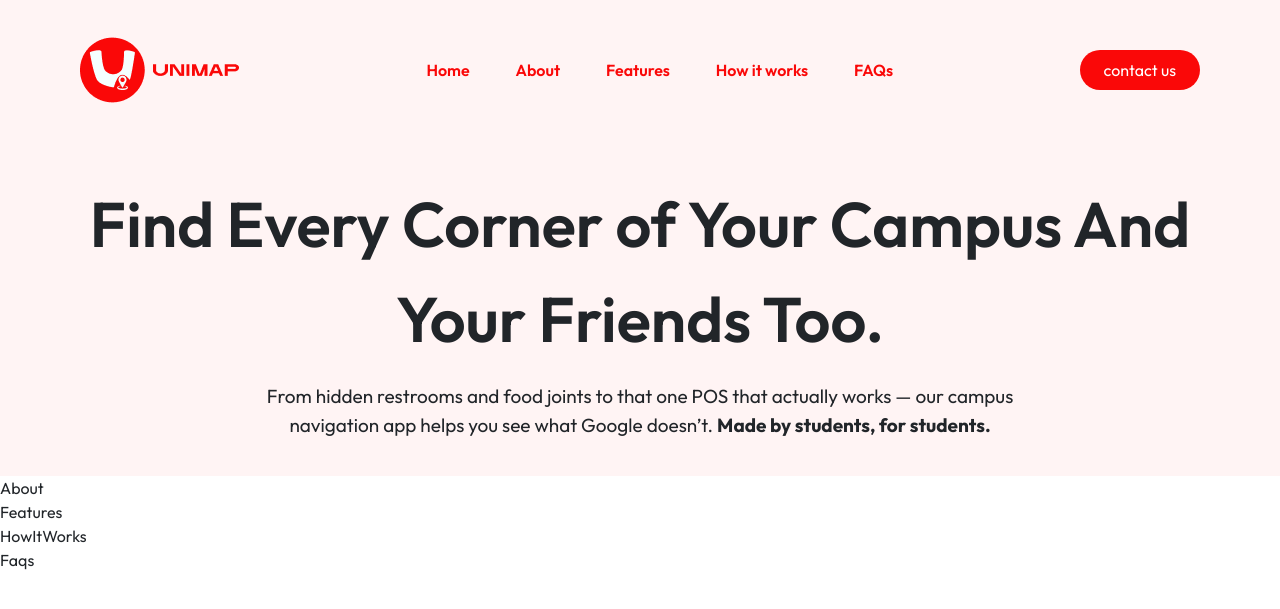
Repository: SahMenz/MUM-website
Page: /
The author's editor kept a copy of each file at every save. The page is drawn from the files as they stood at one save, then again after the next save.
The browser window is 1280 px wide. The pictures show the whole page.
The project was rebuilt for these pictures with package versions that can differ from the ones it lists, and the page was loaded fresh each time. Also part of the build but not shown: vite.config.js.

Above is the page before, as saved 2025-08-28 01:16:38.

### index.html
<!DOCTYPE html>
<html lang="en">
  <head>
    <meta charset="UTF-8" />
    <link rel="icon" type="image/svg+xml" href="/vite.svg" />
    <link rel="preconnect" href="https://fonts.googleapis.com" />
    <link rel="preconnect" href="https://fonts.gstatic.com" crossorigin />
    <link
      href="https://fonts.googleapis.com/css2?family=Outfit:wght@100..900&display=swap"
      rel="stylesheet"
    />
    <link
      rel="stylesheet"
      href="https://cdn.jsdelivr.net/npm/bootstrap@5.3.5/dist/css/bootstrap.min.css"
      integrity="sha384-SgOJa3DmI69IUzQ2PVdRZhwQ+dy64/BUtbMJw1MZ8t5HZApcHrRKUc4W0kG879m7"
      crossorigin="anonymous"
    />
    <meta name="viewport" content="width=device-width, initial-scale=1.0" />
    <title>MUM</title>
  </head>
  <body>
    <div id="root"></div>
    <script type="module" src="/src/main.jsx"></script>
  </body>
</html>

### src/index.css
*,
*::after,
*::before {
  box-sizing: border-box;
  margin: 0px;
  padding: 0px;
  font-family: "Outfit", sans-serif;
}
button {
  border: none;
}

### src/App.jsx
import { HashRouter, Route, Routes } from "react-router-dom";
import "./App.css";
import ScrollToTop from "./components/scroll/ScrollToTop";
import Home from "./components/home/home";

function App() {
  return (
    <div>
      <HashRouter>
        <ScrollToTop />
        <Routes>
          <Route path="/" element={<Home />} />
        </Routes>
      </HashRouter>
    </div>
  );
}

export default App;

### src/App.css
/* BACKGROUND */
.bg-ff4 {
  background-color: #fff4f4;
}
.bg-ff {
  background-color: #ffffff;
}
.bg-00 {
  background-color: #000000;
}
.bg-fa {
  background-color: #fa0808;
}
.bg-e4 {
  background-color: #e4e4e4;
}
.bg-d3 {
  background-color: #d3d3d3;
}
.bg-ffd {
  background-color: #ffdede;
}
.bg-trans {
  background-color: transparent;
}

/* TEXT COLOR */
.txt-00 {
  color: #000000;
}
.txt-ff {
  color: #ffffff;
}
.txt-f8 {
  color: #f8edd9;
}
.txt-f5 {
  color: #f5ffff;
}
.txt-14 {
  color: #141416;
}
.txt-73 {
  color: #737373;
}

/* FONT WEIGHT */
.fw-100{
  font-weight:100;
}
.fw-200{
  font-weight:200;
}
.fw-300{
  font-weight:300 ;
}
.fw-400{
  font-weight: 400;
}
.fw-500{
  font: weight 500;
}
.fw-600{
  font-weight:600;
}
.fw-700{
  font-weight: 700;
}
.fw-800{
  font-weight: 800;
}
.fw-900{
  font-weight: 900;
}


/* FONT SIZE */
.fs-48 {
  font-size: 26px;
}
.fs-19 {
  font-size: 11px;
}
.fs-13 {
  font-size: 8px;
}
.fs-16 {
  font-size: 9px;
}
.fs-23 {
  font-size: 12px;
}
.fs-25 {
  font-size: 17px;
}
.fs-45 {
  font-size: 22px;
}
.fs-32 {
  font-size: 10px;
}
.fs-11 {
  font-size: 8px;
}
.fs-72 {
  font-size: 26px;
}
.fs-83{
  font-size: 28px;
}
.fs-56{
  font-size: 18px;
}
.fs-63{
  font-size: 22px;
}
@media (min-width: 768px) {
  .fs-48 {
    font-size: 48px;
  }
  .fs-19 {
    font-size: 19px;
  }
  .fs-13 {
    font-size: 13px;
  }
  .fs-16 {
    font-size: 16px;
  }
  .fs-23 {
    font-size: 23px;
  }
  .fs-25 {
    font-size: 25px;
  }
  .fs-43 {
    font-size: 43px;
  }
  .fs-32 {
    font-size: 32px;
  }
  .fs-11 {
    font-size: 11px;
  }
  .fs-72 {
    font-size: 72px;
  }
  .fs-63 {
    font-size: 63px;
  }
  .fs-83{
    font-size: 83px;
  }
  .fs-56{
    font-size: 56px;
  }
}



/* EXTRA */

.alignSelfCenter{
  align-self: center;
}
.alignSelfStart{
  align-self: start;
}
.alignSelfEnd{
  align-self: end;
}
.spacing-50 {
  padding: 37px 80px;
}
@media (max-width: 768px) {
  .spacing-50 {
    padding: 25px 20px;
  }
}

### src/components/scroll/ScrollToTop.jsx
import { useEffect } from "react";
import { useLocation } from "react-router-dom";


export default function ScrollToTop({ evtToChange }){

    const pathname = useLocation().pathname

    useEffect(() => {
        window.scrollTo(0, 0)
    }, [pathname, evtToChange])

    return <div />
}

### src/components/home/home.jsx
import { useRef } from "react";
import About from "../about/about";
import Hero from "../hero/hero";
import Features from "../features/features";
import HowItWorks from "../howItWorks/howItWorks";
import Faqs from "../faqs/faqs";
import Navigation from "../navigation/navigation";

function Home() {
  const refHome = useRef(null);
  const refAbout = useRef(null);
  const refFeatures = useRef(null);
  const refHowItWork = useRef(null);
  const refFaqs = useRef(null);

  const handleHomeClick = () => {
    if (refHome.current) {
      refHome.current.scrollIntoView();
    }
  };
  const handleAboutClick = () => {
    if (refAbout.current) {
      refAbout.current.scrollIntoView();
    }
  };
  const handleFeaturesClick = () => {
    if (refFeatures.current) {
      refFeatures.current.scrollIntoView();
    }
  };
  const handleHowItWorkClick = () => {
    if (refHowItWork.current) {
      refHowItWork.current.scrollIntoView();
    }
  };
  const handleFaqsClick = () => {
    if (refFaqs.current) {
      refFaqs.current.scrollIntoView();
    }
  };

  return (
    <div className="">
      <Navigation
        onHomeClick={handleHomeClick}
        onAboutClick={handleAboutClick}
        onFeaturesClick={handleFeaturesClick}
        onHowItWorkClick={handleHowItWorkClick}
        onFaqsClick={handleFaqsClick}
      />
      <div ref={refHome}>
        <Hero />
      </div>
      <div ref={refAbout}>
        <About />
      </div>
      <div ref={refFeatures}>
        <Features />
      </div>
      <div ref={refHowItWork}>
        <HowItWorks />
      </div>
      <div ref={refFaqs}>
        <Faqs />
      </div>
    </div>
  );
}

export default Home;

### src/components/hero/hero.jsx
import React from 'react'

function Hero() {
  return (
    <div className='bg-ff4 spacing-50 d-flex align-items-center flex-column justify-content-center text-center'>
      <div className='fs-63 fw-600'>Find Every Corner of Your Campus And Your Friends Too.</div>
      <div className='fw-400 fs-19 col-8 mt-3'>From hidden restrooms and food joints to that one POS that actually works — our campus navigation app helps you see what Google doesn’t. <b>Made by students, for students.</b></div>
      <div></div>
      <div></div>
    </div>
  )
}

export default Hero

### src/components/howItWorks/howItWorks.jsx
import React from 'react'

function HowItWorks() {
  return (
    <div>HowItWorks</div>
  )
}

export default HowItWorks

### src/components/faqs/faqs.jsx
import React from 'react'

function Faqs() {
  return (
    <div>Faqs</div>
  )
}

export default Faqs

### src/components/navigation/navigation.jsx
import { Link } from "react-router-dom";
import logoAndName from "../../assets/images/logoAndName.png";
import { useState } from "react";
import Offcanvas from "react-bootstrap/Offcanvas";
import { NavLink } from "react-router-dom";

function Navigation({
  onAboutClick,
  onFeaturesClick,
  onHowItWorkClick,
  onFaqsClick,
}) {
  const [show, setShow] = useState(false);

  const handleShow = () => setShow(true);
  const handleClose = () => setShow(false);

  return (
    <div className="spacing-50 bg-ff4 ">
      <div className="d-flex justify-content-between align-items-center">
        <img src={logoAndName} />
        <div className="d-flex align-items-center col-5 justify-content-between d-lg-flex d-none">
          <NavLink
            to="/"
            style={({ isActive }) => ({
              color: isActive ? "#FA0808" : "#737373",
            })}
            className="text-decoration-none txt-73 fw-600 fs-16"
          >
            Home
          </NavLink>
          <NavLink
            onClick={onAboutClick}
            style={({ isActive }) => ({
              color: isActive ? "#FA0808" : "#737373",
            })}
            className="text-decoration-none txt-73 fw-600 fs-16"
          >
            About
          </NavLink>
          <NavLink
            onClick={onFeaturesClick}
            style={({ isActive }) => ({
              color: isActive ? "#FA0808" : "#737373",
            })}
            className="text-decoration-none txt-73 fw-600 fs-16"
          >
            Features
          </NavLink>
          <NavLink
            onClick={onHowItWorkClick}
            style={({ isActive }) => ({
              color: isActive ? "#FA0808" : "#737373",
            })}
            className="text-decoration-none txt-73 fw-600 fs-16"
          >
            How it works
          </NavLink>
          <NavLink
            onClick={onFaqsClick}
            style={({ isActive }) => ({
              color: isActive ? "#FA0808" : "#737373",
            })}
            className="text-decoration-none txt-73 fw-600 fs-16"
          >
            FAQs
          </NavLink>
        </div>
        <button
          className="d-none d-lg-block px-4 py-2 bg-fa txt-ff"
          style={{ borderRadius: "30px" }}
        >
          contact us
        </button>
      </div>
      {/* </div> */}
      <div
        onClick={handleShow}
        className=" d-lg-none"
        style={{
          cursor: "pointer",
          width: "40px",
          height: "40px",
          display: "flex",
          flexDirection: "column",
          alignItems: "center",
          justifyContent: "center",
          gap: "5px",
        }}
      >
        <div
          style={{ width: "30px", height: "3px", backgroundColor: "black" }}
        ></div>
        <div
          style={{ width: "30px", height: "3px", backgroundColor: "black" }}
        ></div>
        <div
          style={{ width: "30px", height: "3px", backgroundColor: "black" }}
        ></div>
      </div>
      <Offcanvas
        show={show}
        onHide={handleClose}
        placement="end"
        className=""
        style={{ backgroundColor: "#737373" }}
      >
        <Offcanvas.Header closeButton></Offcanvas.Header>
        <Offcanvas.Body>
          <div
            style={{ borderRadius: "20px" }}
            className="bg-ff pt-4 d-flex flex-column d-lg-flex justify-content-center align-items-center"
          >
            <div
              className="d-flex flex-column mb-5 justify-content-between align-items-center"
              style={{ height: "200px" }}
            >
              <NavLink
                to="/"
                style={({ isActive }) => ({
                  color: isActive ? "#FA0808" : "#737373",
                })}
                className="hovering txt-16 lh-19 fw-600 text-decoration-none txt-f3"
                end
              >
                Home
              </NavLink>
              <NavLink
                onClick={onAboutClick}
                style={({ isActive }) => ({
                  color: isActive ? "#FA0808" : "#737373",
                })}
                className="hovering txt-16 lh-19 fw-600 text-decoration-none txt-f3"
                end
              >
                About
              </NavLink>
              <NavLink
                onClick={onFeaturesClick}
                style={({ isActive }) => ({
                  color: isActive ? "#FA0808" : "#737373",
                })}
                className="hovering txt-16 lh-19 fw-600 text-decoration-none txt-f3"
                end
              >
                Features
              </NavLink>
              <NavLink
                onClick={onHowItWorkClick}
                style={({ isActive }) => ({
                  color: isActive ? "#FA0808" : "#737373",
                })}
                className="hovering txt-16 lh-19 fw-600 text-decoration-none txt-f3"
                end
              >
                How it works
              </NavLink>

              <NavLink
                onClick={onFaqsClick}
                style={({ isActive }) => ({
                  color: isActive ? "#FA0808" : "#737373",
                })}
                className="hovering txt-16 lh-19 fw-600 text-decoration-none txt-f3"
                end
              >
                FAQs
              </NavLink>
              <button
                className="px-4 py-2 bg-fa txt-ff"
                style={{ borderRadius: "30px" }}
              >
                contact us
              </button>
            </div>
          </div>
        </Offcanvas.Body>
      </Offcanvas>
    </div>
  );
}

export default Navigation;

Loaded but not shown: src/main.jsx (common file); src/components/about/about.jsx (common file); src/components/features/features.jsx (common file)

After the next save:
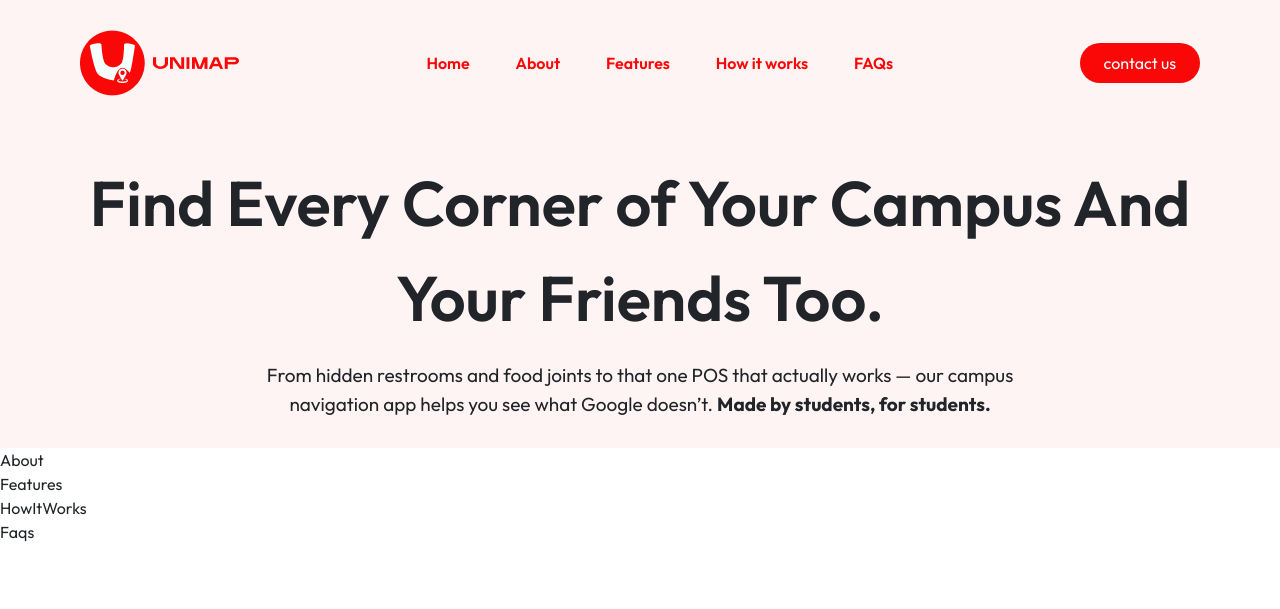
Saved 14 s later.
--- a/src/App.css
+++ b/src/App.css
@@ -170,7 +170,7 @@
   align-self: end;
 }
 .spacing-50 {
-  padding: 37px 80px;
+  padding: 30px 80px;
 }
 @media (max-width: 768px) {
   .spacing-50 {

After the save that followed:
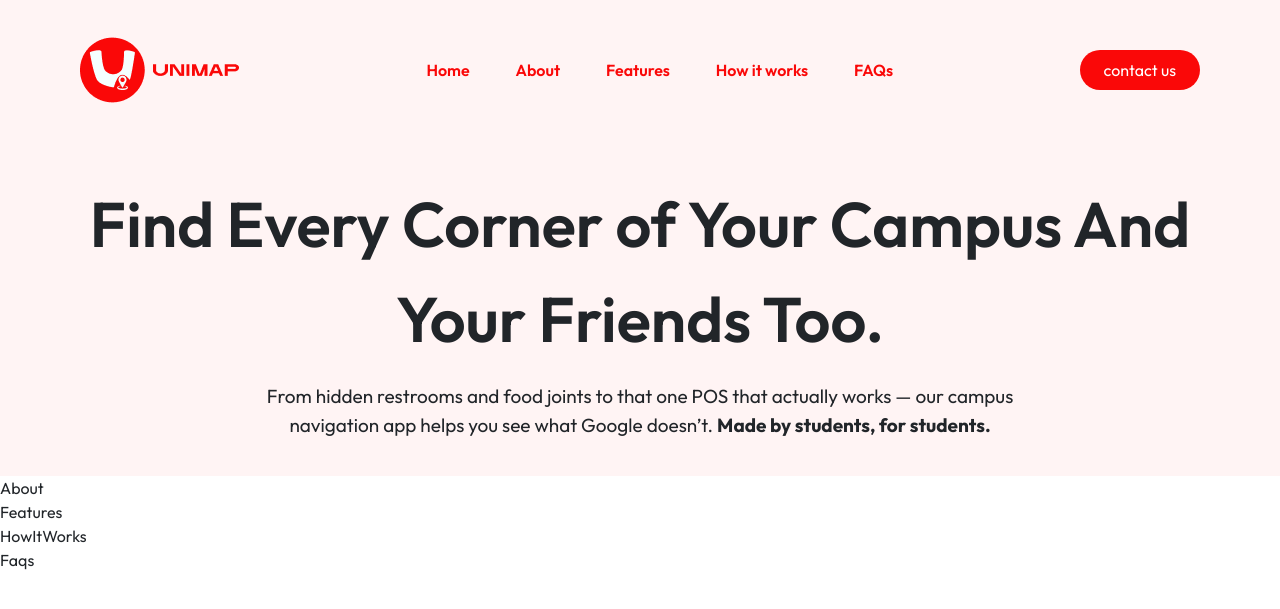
Saved 11 s later.
--- a/src/App.css
+++ b/src/App.css
@@ -170,7 +170,7 @@
   align-self: end;
 }
 .spacing-50 {
-  padding: 30px 80px;
+  padding: 37px 80px;
 }
 @media (max-width: 768px) {
   .spacing-50 {
